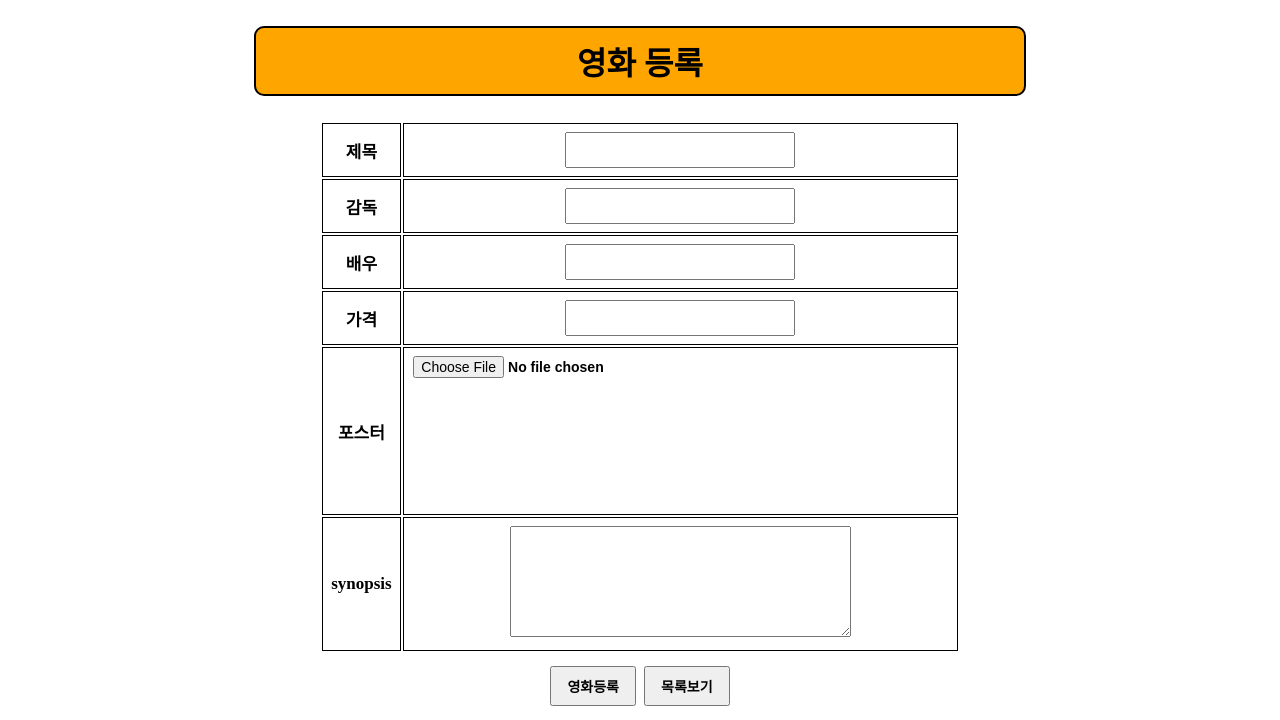
Repository: EverythingOfC/movie
Page: http://localhost/movie/movie/insert.jsp
The author's editor kept a copy of each file at every save. The page is drawn from the files as they stood at one save, then again after the next save.
The browser window is 1280 px wide. The pictures show the whole page.
The page is served by Tomcat 9. Nobody is signed in. The application's start-up code is not run. Other server files are loaded and not shown.

Above is the page before, as saved 2023-01-02 04:11:24.

### movie/src/main/webapp/movie/insert.jsp
<%@ page language="java" contentType="text/html; charset=UTF-8"
    pageEncoding="UTF-8"%>
<%@ taglib prefix="c" uri="http://java.sun.com/jsp/jstl/core" %>
<!DOCTYPE html>
<html>
<head>
<meta charset="UTF-8">
<title>Insert title here</title>
<link rel="stylesheet" type="text/css" href="../css/movie.css">
</head>
<body>

<div class = "title">
	<h1> 영화 등록 </h1>
</div>

<div class = "insert">

<form action="ms?command=insert" method="post" enctype="multipart/form-data">
		<!--  Http의 바디부분에 데이터를 여러 부분으로 나누어서 전송함 -->

	<input type="hidden" name="id" value="${member.id }">
	<table>
		<tr>
		<th>제목</th>
		<td><input type="text" name="title"></td>
		</tr>

		<tr>
		<th>감독</th>
		<td><input type="text" name="director"></td>
		</tr>

		<tr>
		<th>배우</th>
		<td><input type="text" name="actor"></td>
		</tr>

		<tr>
		<th>가격</th>
		<td><input type="number" name="price"></td>
		</tr>

		<tr>
		<th>포스터</th>
		<td><div><input type="file" name="poster" onchange="readURL(this);" style="width:500px; height:150px; padding:0; text-align:center;">
		<img id="preview"/></div></td>
		</tr>


		<tr>
		<th>synopsis</th>
		<td><textarea rows="7" cols="40" name="synopsis">

		</textarea></td>
		</tr>

	</table>

	<div class="i_button">
		<input type="submit" value="영화등록">&nbsp;
		<input type="button" onclick="location.href='ms?command=list'" value="목록보기">
	</div>
	</form>
</div>
<script>
	function readURL(input) {
	  if (input.files && input.files[0]) {
	    var reader = new FileReader();
	    reader.onload = function(e) {
	      document.getElementById('preview').src = e.target.result;
	    };
	    reader.readAsDataURL(input.files[0]);
	  } else {
	    document.getElementById('preview').src = "";
	  }
	}
</script>
</body>
</html>

### movie/src/main/webapp/css/movie.css
@charset "UTF-8";

*{
	margin: 0 auto;
}

img{
	border:0;
}
a{
	text-decoration:none;
	color:black;
}
a:hover{
	font-weight:bold;
}
li{
	list-style: none;
}

.title{
	margin:2vw auto;
	text-align:center;
	border:2px solid black;
	border-radius:10px;
	background:orange;
	width:60%;
	padding:10px 0;
}
.main table{
	width:70%;
}
.main td,.main th{
	padding:10px;
	border:1px solid black;
	border-collapse: collapse;
}

.insert table td{
	text-align:center;
}
.insert table td input, .i_button input, .insert table td img{
	padding:8px 15px;
	font-weight:bold;
	font-size:14px;
}
.insert table{
	width:50%;
	font-size:17px;
}
.insert td,.insert th{
	padding:8px;
	border:1px solid black;
	border-collapse: collapse;
}
.i_button{
	margin-top:1vw;
	width:50%;
	text-align:center;
}


.login table td{
	text-align:center;
}
.login table td input, .l_button input{
	padding:11px 15px;
	font-weight:bold;
	font-size:14px;
}
.login table{
	width:50%;
	font-size:17px;
}
.login td,.login th{
	padding:8px;
	border:1px solid black;
	border-collapse: collapse;
}
.l_button{
	margin-top:2vw;
	width:50%;
	text-align:center;
}



.sign table td{
	text-align:center;
}

.sign table td label{
	display:inline-block;
	padding:8px 15px;
	font-size:14px;
 }
.sign table td input, .s_button input{
	padding:8px 15px;
	font-weight:bold;
	font-size:14px;
}
.sign table{
	width:50%;
	font-size:17px;
}
.sign td,.sign th{
	padding:8px;
	border:1px solid black;
	border-collapse: collapse;
}
.s_button{
	margin-top:2vw;
	width:50%;
	text-align:center;
}


.update table td{
	text-align:center;
}
.update table td input, .u_button input, .update table td img{
	padding:8px 15px;
	font-weight:bold;
	font-size:14px;
}
.update table{
	width:50%;
	font-size:17px;
}
.update td,.update th{
	padding:8px;
	border:1px solid black;
	border-collapse: collapse;
}
.u_button{
	margin-top:1vw;
	width:50%;
	text-align:center;
}


.view table td{
	text-align:center;
}
.view table td input, .v_button input, .view table td img{
	padding:8px 15px;
	font-weight:bold;
	font-size:14px;
}
.view table{
	width:50%;
	font-size:17px;
}
.view td,.view th{
	padding:8px;
	border:1px solid black;
	border-collapse: collapse;
}
.v_button{
	margin-top:1vw;
	width:50%;
	text-align:center;
}

After the next save:
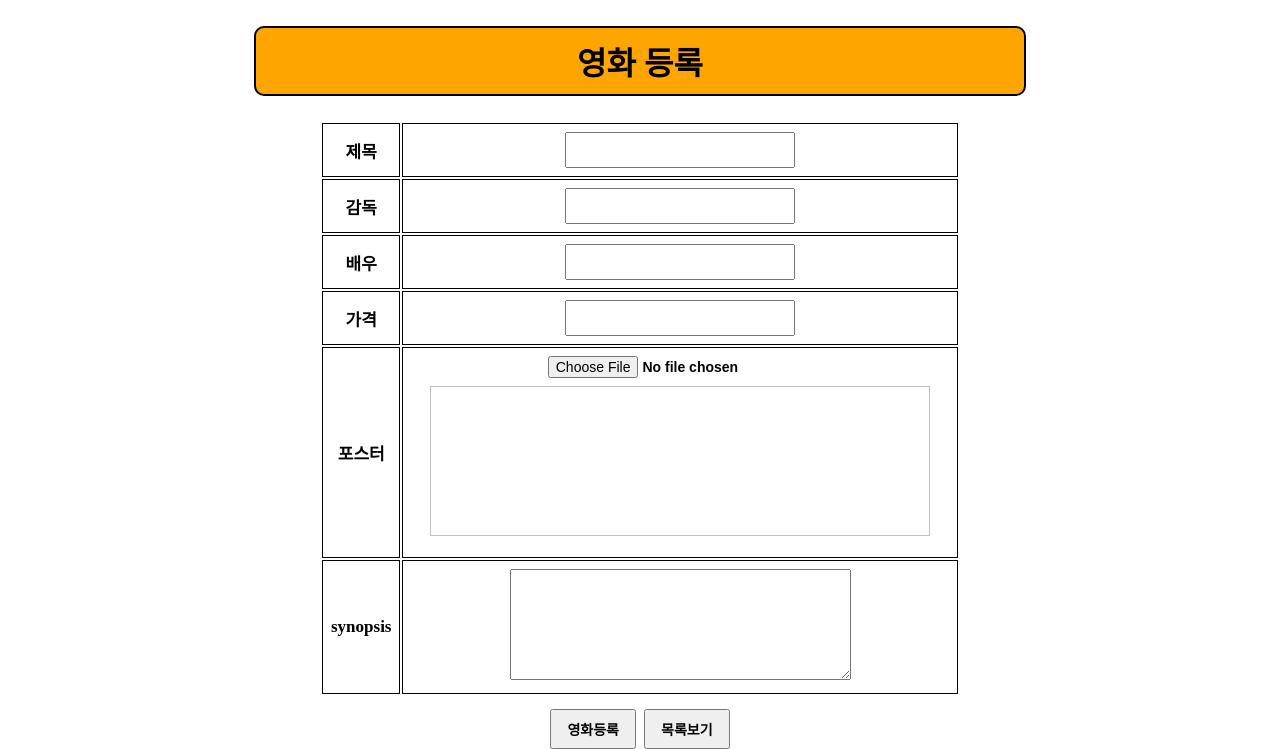
Saved 49 s later.
--- a/movie/src/main/webapp/movie/insert.jsp
+++ b/movie/src/main/webapp/movie/insert.jsp
@@ -43,8 +43,8 @@
 
 		<tr>
 		<th>포스터</th>
-		<td><div><input type="file" name="poster" onchange="readURL(this);" style="width:500px; height:150px; padding:0; text-align:center;">
-		<img id="preview"/></div></td>
+		<td><div><input type="file" name="poster" onchange="readURL(this);" style="padding:0; text-align:center;">
+		<img style="width:500px; height:150px; " id="preview"/></div></td>
 		</tr>
 
 
